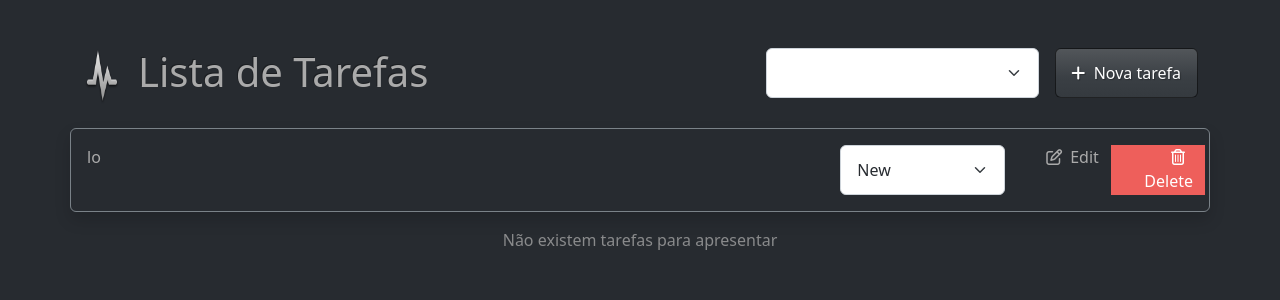
Repository: cargugati/lista_tarefas
Page: frontEnd/index.html
These files come from the project's save history. The page is drawn as it stood at one moment and after the next save; the edit follows.
The browser window is 1280 px wide. The pictures show the whole page.

Above is the page before, as saved 2023-03-18 21:22:58.

After the next save:
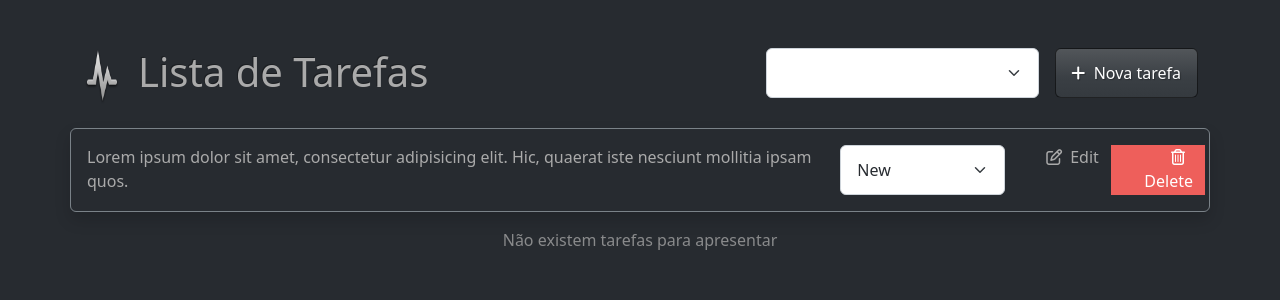
Saved 6 s later.
--- a/frontEnd/index.html
+++ b/frontEnd/index.html
@@ -38,7 +38,7 @@
     <div class="row mb-3">
       <div class="col-12 border border-secondary rounded p-3 shadow">
         <div class="row">
-          <div class="col-8">lo</div>
+          <div class="col-8">Lorem ipsum dolor sit amet, consectetur adipisicing elit. Hic, quaerat iste nesciunt mollitia ipsam quos.</div>
           <div class="col-2">
             <select id="task_status" class="form-select w-100">
               <option value="new">New</option>
